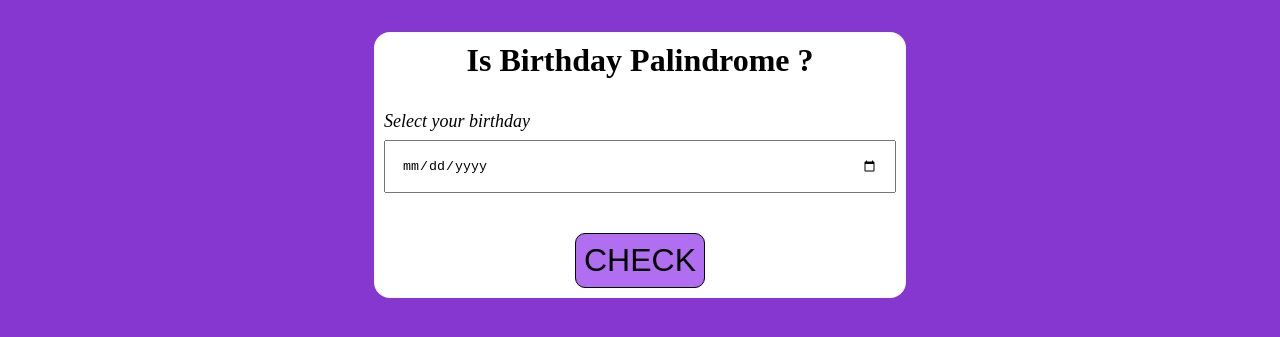
Repository: patelamancode/Palindrome-Birthday
Page: index.html
An editor plug-in stored every save of this project. The page is shown before and after the next save, followed by the edit.
The browser window is 1280 px wide. The pictures show the whole page.

Above is the page before, as saved 2022-12-02 20:03:27.

### index.html
<!DOCTYPE html>
<html lang="en">
<head>
    <meta charset="UTF-8">
    <meta http-equiv="X-UA-Compatible" content="IE=edge">
    <meta name="viewport" content="width=device-width, initial-scale=1.0">
    <link rel="stylesheet" href="index.css">
    <title>Is Birthday A Palindrome</title>
</head>
<body>
    <div id="main-container">
        <h1>Is Birthday Palindrome ?</h1>
        <label for="birth date">Select your birthday</label>
        <input type="date" id="selected-dob" />
        <button id="check-btn">CHECK</button>
        <h2 id="result-display">Hey Result is here</h2>
    </div>
    <script src="index.js"></script>
</body>
</html>

### index.css
* {
    margin: 0;
    padding: 0;
  }
  body {
    background-color: rgb(134, 55, 207);
  }

  #main-container {
    background-color: white;
    border-radius: 1em ;
    display: flex;
    flex-direction: column;
    width: 40vw;
    margin: auto;
    margin-top: 2rem;
    padding: 10px;
    text-align: center;
  }

  .app-title {
    margin: 2rem 0;
  }

  label {
    width: auto;
    text-align: left;
    font-style: italic;
    font-size: large;
    margin-top: 2rem;
    margin-bottom: 0.5rem;
  }

  input{
     padding: 1rem;
  }

  button {
    margin: auto;
    margin-top: 2.5rem;
    padding: 0.5rem;
    font-size: 2rem;
    font-weight: 500;
     font-weight: 300;
    border: 1px solid;
    background-color: rgb(177, 110, 240);
    border-radius: 10px;
  }
  #result-display {
    display: none;
    padding-top: 1rem;
    font-style: italic;
    margin: auto;
  }

### index.js
var dob = document.querySelector('#selected-dob');
var checkBtn = document.querySelector('#check-btn');
var result = document.querySelector('#result-display');

function reverseString(str) {
    return str.split("").reverse().join("");
}

function isPalindrome(str) {
    return str === reverseString(str);
}

function dateString(date) {
    var dateStr = {
        day: "",
        month: "",
        year: ""
    };
    if (date.day < 10) dateStr.day = "0" + date.day;
    else dateStr.day = date.day.toString();

    if (date.month < 10) dateStr.month = "0" + date.month;
    else dateStr.month = date.month.toString();

    dateStr.year = date.year.toString();
    return dateStr;
}

function dateAllVariations(date) {
    var ddmmyyyy = date.day + date.month + date.year;
    var mmddyyyy = date.month + date.day + date.year;
    var yyyymmdd = date.year + date.month + date.day;
    var ddmmyy = date.day + date.month + date.year.slice(-2);
    var mmddyy = date.month + date.day + date.year.slice(-2);
    var yymmdd = date.year.slice(-2) + date.month + date.day;

    return [ddmmyyyy, mmddyyyy, yyyymmdd, ddmmyy, mmddyy, yymmdd];
}

function checkPalindromesForAllDateFormats(date) {
    var listOfDates = dateAllVariations(date);
    var flag = false;

    for (let i = 0; i < listOfDates.length; i++)
        if (isPalindrome(listOfDates[i])) {
            flag = true;
            break;
        }
    return flag;
}

function isLeapYear(year) {
    if ((year % 4 === 0 && year % 100 !== 0) || year % 400 === 0) return true;
    return false;
}

function getNextDate(date) {
    var daysInMonths = [31, 28, 31, 30, 31, 30, 31, 31, 30, 31, 30, 31];

    var day = date.day + 1;
    var month = date.month;
    var year = date.year;

    if (month === 2)
        if (isLeapYear(year)) {
            if (day > 29) {
                day = 1;
                month = 3;
            }
        } else {
            if (day > 28) {
                day = 1;
                month = 3;
            }
        }
    else {
        if (day > daysInMonths[month - 1]) {
            day = 1;
            month++;
        }
    }

    if (month > 12) {
        day = 1;
        month = 1;
        year++;
    }
    return {
        day: day,
        month: month,
        year: year,
    };
}

function getPreviousDate(date) {
    var daysInMonths = [31, 28, 31, 30, 31, 30, 31, 31, 30, 31, 30, 31];

    var day = date.day - 1;
    var month = date.month;
    var year = date.year;

    if (month === 3)
        if (isLeapYear(year)) {
            if (day === 0) {
                day = 29;
                month = 2;
            }
        } else {
            if (day === 0) {
                day = 28;
                month = 2;
            }
        }
    else {
        if (day === 0) {
            month--;
            day = daysInMonths[month - 1];
        }
    }

    if (month === 0) {
        day = 31;
        month = 12;
        year--;
    }
    return {
        day: day,
        month: month,
        year: year,
    };
}

function getNextPalindrome(date) {
    var count = 0;
    var nextDate = getNextDate(date);

    while (1) {
        count++;
        var dateStr = dateString(nextDate);
        if (checkPalindromesForAllDateFormats(dateStr)) break;
        nextDate = getNextDate(nextDate);
    }
    return [count, nextDate];
}

function getLastPalindrome(date) {
    var count = 0;
    var previousDate = getPreviousDate(date);

    while (1) {
        count++;
        var dateStr = dateString(previousDate);
        if (checkPalindromesForAllDateFormats(dateStr)) break;
        previousDate = getPreviousDate(previousDate);
    }
    return [count, previousDate];
}

function forNearestPalindromeDate(date) {
    let dateInputValue = dob.value;
    let dateValue = dateInputValue.split('-');
    var date = {
        day: Number(dateValue[2]),
        month: Number(dateValue[1]),
        year: Number(dateValue[0])
    }

    let dateAsStr = dateString(date);
    let birthdayCheck = checkPalindromesForAllDateFormats(dateAsStr);

    if (birthdayCheck) {
        result.style.display = "flex";
        result.innerText = "Yoo !! Birthday is Palindrome.. Let's Party hard 🎉🎉";
    } else {
        let nextPalindromeDate = getNextPalindrome(date);
        let lastPalindromeDate = getLastPalindrome(date);

        let nextDays = nextPalindromeDate[0];
        let nextStrDate = dateString(nextPalindromeDate[1]);

        let lastDays = lastPalindromeDate[0];
        let lastStrDate = dateString(lastPalindromeDate[1]);

        // console.log(nextStrDate, lastStrDate);

        if(nextDays < lastDays){
            result.style.display = "flex";
            result.innerText = `Opps !! your are lagging with ${nextDays} days, and the next palindrome date is ${(nextStrDate.day)}/${(nextStrDate.month)}/${(nextStrDate.year)}, So please go and complain your parents 🤪`;
        }
        else{
            result.style.display = "flex";
            result.innerText = `Opps !! your are leading with ${lastDays} days, and the previous palindrome date is ${(lastStrDate.day)}/${(lastStrDate.month)}/${(lastStrDate.year)}, So please go and complain your parents 🤪`;
        }
    }

}

checkBtn.addEventListener('click', forNearestPalindromeDate);

After the next save:
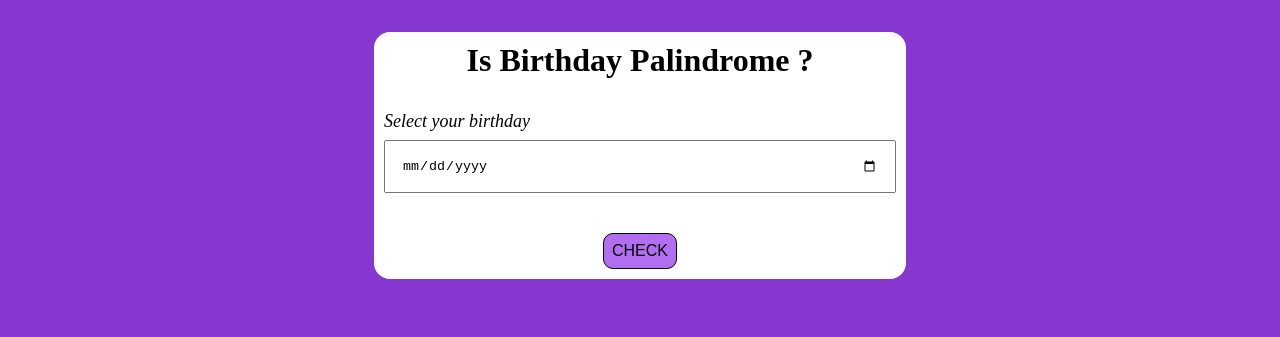
Saved 34 s later.
--- a/index.css
+++ b/index.css
@@ -9,6 +9,7 @@
   #main-container {
     background-color: white;
     border-radius: 1em ;
+
     display: flex;
     flex-direction: column;
     width: 40vw;
@@ -39,7 +40,7 @@
     margin: auto;
     margin-top: 2.5rem;
     padding: 0.5rem;
-    font-size: 2rem;
+    font-size: 1rem;
     font-weight: 500;
      font-weight: 300;
     border: 1px solid;
